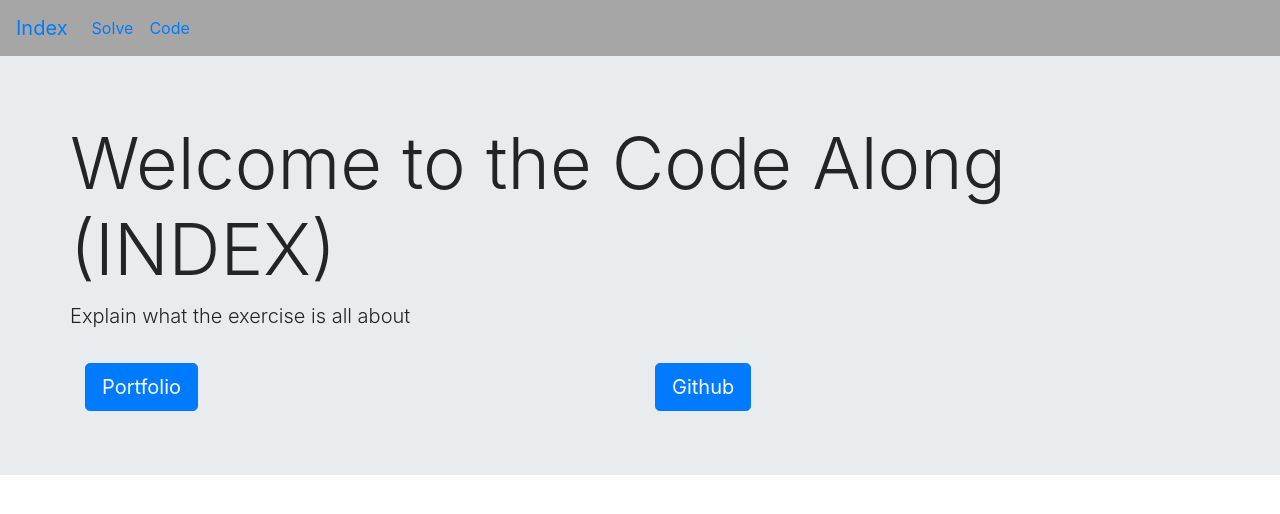
Repository: zhadjah9559/TacocatGrammar
Page: index.html
The author's editor kept a copy of each file at every save. The page is drawn from the files as they stood at one save, then again after the next save.
The browser window is 1280 px wide. The pictures show the whole page.

Above is the page before, as saved 2021-01-12 01:21:23.

### index.html
<!doctype html>
<html lang="en">
  <head>
    <title>Index</title>
    <!-- Required meta tags -->
    <meta charset="utf-8">
    <meta name="viewport" content="width=device-width, initial-scale=1, shrink-to-fit=no">

    <!-- Bootstrap CSS -->
    <link rel="stylesheet" href="https://stackpath.bootstrapcdn.com/bootstrap/4.3.1/css/bootstrap.min.css" integrity="sha384-ggOyR0iXCbMQv3Xipma34MD+dH/1fQ784/j6cY/iJTQUOhcWr7x9JvoRxT2MZw1T" crossorigin="anonymous">
  </head>
  <body>

    <nav class="navbar navbar-expand-sm" style="background-color: #A6A6A6;">
        <a class="navbar-brand" href="#">Index</a>
        <button class="navbar-toggler d-lg-none" type="button" data-toggle="collapse" data-target="#collapsibleNavId" aria-controls="collapsibleNavId"
            aria-expanded="false" aria-label="Toggle navigation"></button>
        <div class="collapse navbar-collapse" id="collapsibleNavId">
            <ul class="navbar-nav mr-auto mt-2 mt-lg-0">
                <li class="nav-item active">
                    <a class="nav-link" href="solve.html">Solve<span class="sr-only">(current)</span></a>
                </li>
                <li class="nav-item">
                    <a class="nav-link" href="code.html">Code</a>
                </li>
            </ul>
        </div>
    </nav>


    <div class="jumbotron jumbotron-fluid">
        <div class="container">
            <div class="row">
                <h1 class="display-3">Welcome to the Code Along (INDEX)</h1>
                <p class="lead">Explain what the exercise is all about</p>
                <hr class="my-2">
            </div>

            <div class="row justify-content-center mt-3">
                <div class="col">
                    <a class="btn btn-primary btn-lg" target="_blank" href="https://zacharyhadjah.netlify.app/" role="button">Portfolio</a>
                </div>
                <div class="col">
                    <a class="btn btn-primary btn-lg" target="_blank" href="https://github.com/zhadjah9559" role="button">Github</a>
                </div>
            </div>
        </div>
        </div>


    </div>



    <!-- Optional JavaScript -->
    <!-- jQuery first, then Popper.js, then Bootstrap JS -->
    <script src="https://code.jquery.com/jquery-3.3.1.slim.min.js" integrity="sha384-q8i/X+965DzO0rT7abK41JStQIAqVgRVzpbzo5smXKp4YfRvH+8abtTE1Pi6jizo" crossorigin="anonymous"></script>
    <script src="https://cdnjs.cloudflare.com/ajax/libs/popper.js/1.14.7/umd/popper.min.js" integrity="sha384-UO2eT0CpHqdSJQ6hJty5KVphtPhzWj9WO1clHTMGa3JDZwrnQq4sF86dIHNDz0W1" crossorigin="anonymous"></script>
    <script src="https://stackpath.bootstrapcdn.com/bootstrap/4.3.1/js/bootstrap.min.js" integrity="sha384-JjSmVgyd0p3pXB1rRibZUAYoIIy6OrQ6VrjIEaFf/nJGzIxFDsf4x0xIM+B07jRM" crossorigin="anonymous"></script>
  </body>
</html>

After the next save:
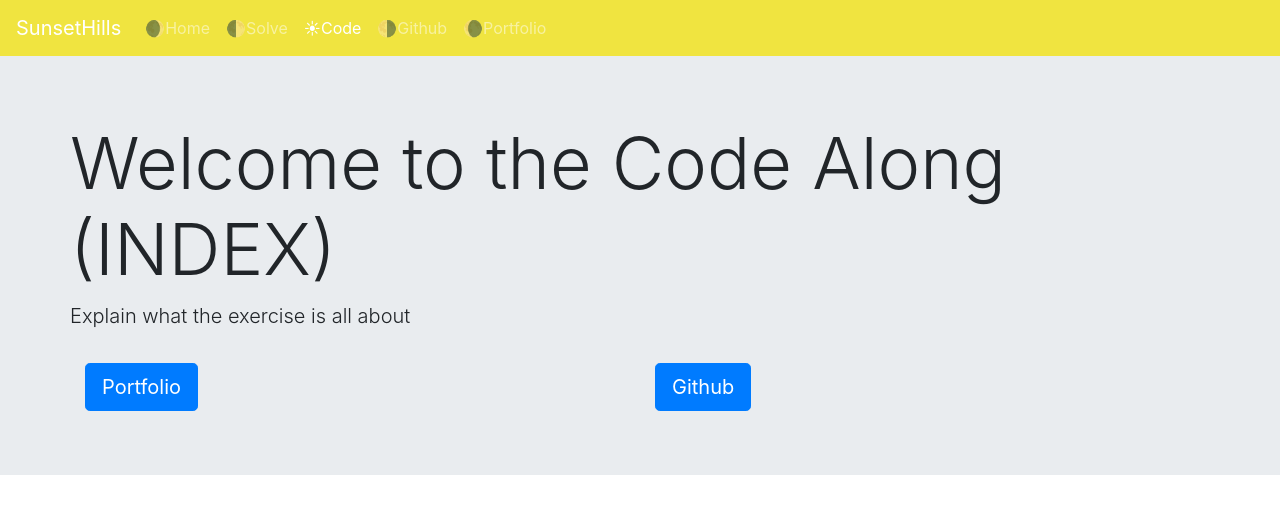
Saved 2 days later.
--- a/index.html
+++ b/index.html
@@ -11,17 +11,26 @@
   </head>
   <body>
 
-    <nav class="navbar navbar-expand-sm" style="background-color: #A6A6A6;">
-        <a class="navbar-brand" href="#">Index</a>
+    <nav class="navbar navbar-expand-sm navbar-dark" style="background-color:  #F0E440;">
+        <a class="navbar-brand" href="#">SunsetHills</a>
         <button class="navbar-toggler d-lg-none" type="button" data-toggle="collapse" data-target="#collapsibleNavId" aria-controls="collapsibleNavId"
             aria-expanded="false" aria-label="Toggle navigation"></button>
         <div class="collapse navbar-collapse" id="collapsibleNavId">
             <ul class="navbar-nav mr-auto mt-2 mt-lg-0">
-                <li class="nav-item active">
-                    <a class="nav-link" href="solve.html">Solve<span class="sr-only">(current)</span></a>
+                <li class="nav-item">
+                    <a class="nav-link" href="index.html">🌒Home </a>
                 </li>
                 <li class="nav-item">
-                    <a class="nav-link" href="code.html">Code</a>
+                    <a class="nav-link" href="solve.html">🌓Solve </a>
+                </li>
+                <li class="nav-item">
+                    <a class="nav-link active" href="code.html">☀Code <span class="sr-only">(current)</span></a>
+                </li>
+                <li class="nav-item">
+                    <a class="nav-link" target="_blank" href="https://github.com/zhadjah9559/SunsetHills">🌗Github</a>
+                </li>
+                <li class="nav-item">
+                    <a class="nav-link" target="_blank" href="https://www.zacharyhadjah.netlify.app">🌘Portfolio</a>
                 </li>
             </ul>
         </div>
